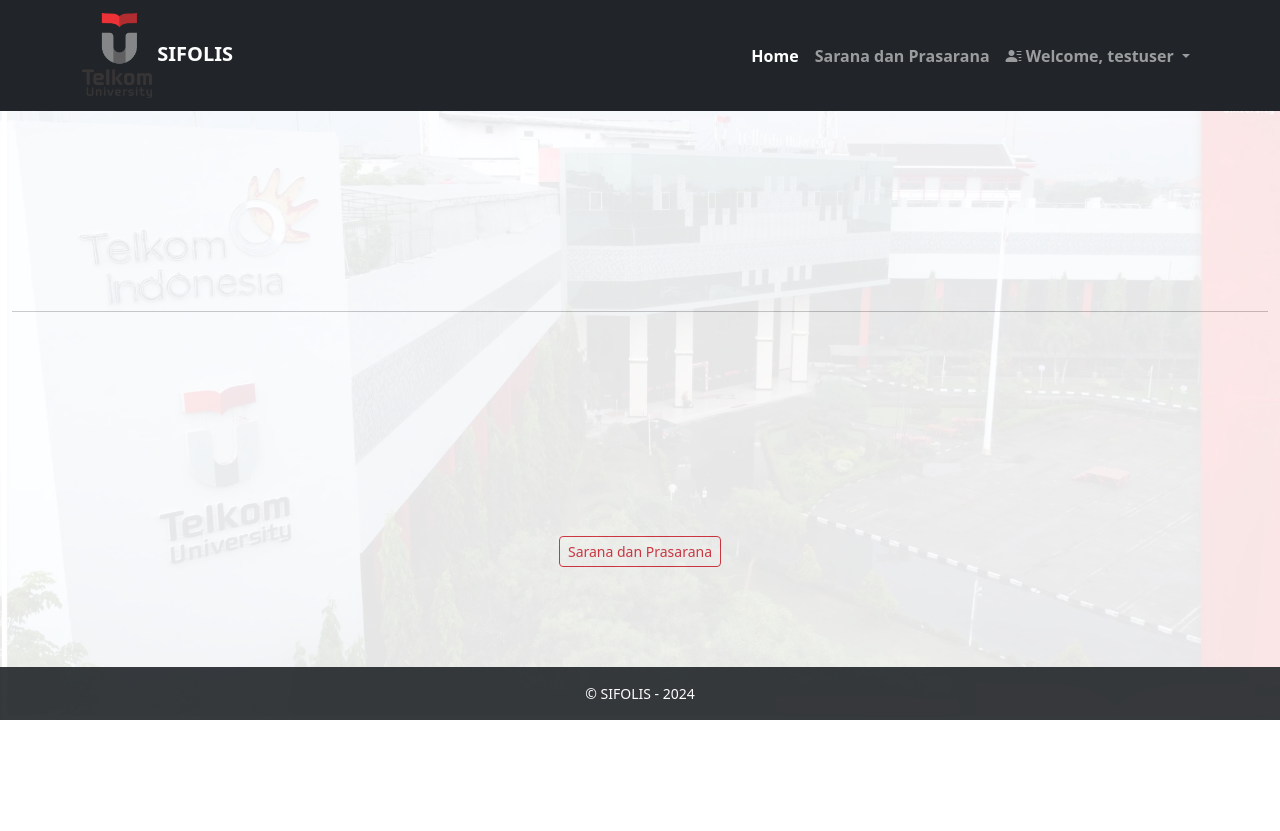
Repository: Audi87/uas_framework
Page: http://localhost/
These files come from the project's save history. The page is drawn as it stood at one moment and after the next save; the edit follows.
The browser window is 1280 px wide. The pictures show the whole page.
Some web libraries are served in a nearby version. The page is served by the project's Laravel application, run on PHP 8.4 with Laravel 10. A made-up administrator, Test User (test@example.com), is signed in. Other server files are loaded and not shown.

Above is the page before, as saved 2024-06-13 20:26:53.

### routes/web.php
<?php

use App\Http\Controllers\{
    BarangController, ContactController, CustumerController, DataPeminjamanController, HistoryController,
    Home, LoginController, PeminjamanController, ProfilController, RegistrasiController,
    SaranaDanPrasaranaController, AdminController
};
use Illuminate\Support\Facades\Route;


Route::get('/', [Home::class, 'index'])->middleware('auth');

Route::get('/login', [LoginController::class, 'index'])->name('login')->middleware('guest');
Route::post('/login', [LoginController::class, 'login']);
Route::post('/logout', [LoginController::class, 'logout']);

Route::get('/registrasi', [RegistrasiController::class, 'index'])->middleware('guest');
Route::post('/registrasi', [RegistrasiController::class, 'registrasi']);

Route::get('/dashboard', function() {
    return view('dashboard.index', ['title' => 'Dashboard Admin']);
})->middleware('admin');

Route::get('/profil/{user:id}', [ProfilController::class, 'index'])->middleware('auth');

Route::get('/sarana dan prasarana', [SaranaDanPrasaranaController::class, 'index'])->middleware('auth');
Route::resource('/sarana-prasarana', BarangController::class)->middleware('admin');

Route::get('/peminjaman/{barang:id}', [PeminjamanController::class, 'index'])->middleware('auth');
Route::post('/peminjaman/{barang:id}', [PeminjamanController::class, 'peminjaman'])->middleware('auth');

Route::get('/history/{user:id}', [HistoryController::class, 'index'])->middleware('auth');

Route::get('/kembalikan/{id}', [PeminjamanController::class, 'kembalikan'])->middleware('auth');
Route::get('/detail-peminjaman/{id}', [PeminjamanController::class, 'detailPeminjaman'])->middleware('auth');

Route::get('/category/{id}', [SaranaDanPrasaranaController::class, 'category'])->middleware('auth');

Route::get('/custumer', [CustumerController::class, 'index'])->middleware('admin');
Route::get('/custumer/{user:id}', [CustumerController::class, 'detail'])->middleware('admin');

Route::get('/data-peminjaman', [DataPeminjamanController::class, 'index'])->middleware('admin');
Route::get('/data-peminjaman/{id}', [DataPeminjamanController::class, 'detail'])->middleware('admin');

Route::get('/contact', [ContactController::class, 'index'])->middleware('auth');

### app/Models/User.php
<?php

namespace App\Models;

// use Illuminate\Contracts\Auth\MustVerifyEmail;
use Illuminate\Database\Eloquent\Factories\HasFactory;
use Illuminate\Foundation\Auth\User as Authenticatable;
use Illuminate\Notifications\Notifiable;
use Laravel\Sanctum\HasApiTokens;

class User extends Authenticatable
{
    use HasApiTokens, HasFactory, Notifiable;

    /**
     * The attributes that are mass assignable.
     *
     * @var array<int, string>
     */
    // protected $fillable = [
    //     'name',
    //     'email',
    //     'password',
    // ];

    /**
     * The attributes that should be hidden for serialization.
     *
     * @var array<int, string>
     */
    protected $hidden = [
        'password',
        'remember_token',
    ];

    /**
     * The attributes that should be cast.
     *
     * @var array<string, string>
     */
    protected $casts = [
        'email_verified_at' => 'datetime',
    ];

    protected $guarded = ['id'];

    public function peminjaman(){
        return $this->belongsTo(Peminjaman::class);
    }
}

### app/Http/Controllers/Home.php
<?php

namespace App\Http\Controllers;

use Illuminate\Http\Request;

class Home extends Controller
{
    //function untuk menampilkan view home
    public function index(){
        return view('index', [
            'title' => 'Home'
        ]);
    }
}

### resources/views/index.blade.php
<!doctype html>
<html lang="en">

<head>
    <meta charset="utf-8">
    <meta name="viewport" content="width=device-width, initial-scale=1">
    <title>{{ $title }}</title>

    <link href="https://cdn.jsdelivr.net/npm/bootstrap@5.2.0/dist/css/bootstrap.min.css" rel="stylesheet"
        integrity="sha384-gH2yIJqKdNHPEq0n4Mqa/HGKIhSkIHeL5AyhkYV8i59U5AR6csBvApHHNl/vI1Bx" crossorigin="anonymous">

    {{-- Styel Css Home --}}
    <link rel="stylesheet" href="/css/style.css">

    {{-- Link Icons Bootstrap --}}
    <link rel="stylesheet" href="https://cdn.jsdelivr.net/npm/bootstrap-icons@1.9.1/font/bootstrap-icons.css">

    {{-- Link Animtion Aos --}}
    <link rel="stylesheet" href="https://unpkg.com/aos@next/dist/aos.css" />

</head>

<body>

    @include('navbar.navbar')

    <div class="container-fluid" id="container-fluid">
        <div class="container1">

            <div class="row py-3 text-center">
                <div class="col-lg-4 offset-lg-4 col-md-6 offset-md-3 col-sm-8 offset-sm-2 col-12 mt-3">
                    @if (session()->has('success'))
                        {{-- Alert --}}
                        <div class="alert alert-success" role="alert">
                            <strong>{{ session('success') }}</strong>
                        </div>
                        {{-- End alert --}}
                    @endif
                </div>
            </div>

            <div class="row py-3 text-center text-white">
                <div class="col-lg-12 mt-3">
                    <h2>SIFOLIS</h2>
                    <h3>Sistem Informasi Logistik</h3>
                </div>
            </div>

            <hr class="bg-warning">

            <div class="row text-white text-center d-flex justify-content-center mt-5">
                <div class="col-lg-8">
                    <h1>Peminjaman Barang dan Ruangan<h1>
                            <n>Sistem Informasi Logistik Telkom University
                        </h1>
                        </n>
                </div>
            </div>

            <div class="row py-3 text-center mt-5" data-aos="flip-left" data-aos-duration="2000">
                <div class="col-lg-12">
                    <a href="sarana dan prasarana" class="btn btn-outline-danger btn-sm">Sarana dan Prasarana</a>
                </div>
            </div><br><br><br><br><br><br>

        </div>
    </div>

    @include('footer.footer')

    <script src="https://cdn.jsdelivr.net/npm/bootstrap@5.2.0/dist/js/bootstrap.bundle.min.js"
        integrity="sha384-A3rJD856KowSb7dwlZdYEkO39Gagi7vIsF0jrRAoQmDKKtQBHUuLZ9AsSv4jD4Xa" crossorigin="anonymous">
    </script>

    {{-- Link Jquery --}}
    <script src="js/jquery.js"></script>

    {{-- Link Script Js --}}
    <script src="js/script.js"></script>

    <script src="https://unpkg.com/aos@next/dist/aos.js"></script>
    <script>
        AOS.init();
    </script>

</body>

</html>

### resources/views/navbar/navbar.blade.php
{{-- Navbar --}}
<nav class="navbar navbar-expand-lg bg-dark navbar-dark">
    <div class="container">
      <a class="navbar-brand" href="/"><img src="img/logo.png" width="70" alt="" data-aos="flip-left" data-aos-duration="2000" > SIFOLIS  </a>
      <button class="navbar-toggler" type="button" data-bs-toggle="collapse" data-bs-target="#navbarNav" aria-controls="navbarNav" aria-expanded="false" aria-label="Toggle navigation">
        <span class="navbar-toggler-icon"></span>
      </button>
      <div class="collapse navbar-collapse" id="navbarNav">
        <ul class="navbar-nav ms-auto">
            <li class="nav-item">
                <a class="nav-link {{ Request::is('/') ? 'active' : '' }}" aria-current="page" href="/">Home</a>
            </li>
          <li class="nav-item">
            <a class="nav-link {{ Request::is('sarana dan prasarana') ? 'active' : '' }}" aria-current="page" href="/sarana dan prasarana">Sarana dan Prasarana</a>
          </li>

          @auth
          <li class="nav-item dropdown">
            <a class="nav-link dropdown-toggle" href="#" role="button" data-bs-toggle="dropdown" aria-expanded="false">
              <i class="bi bi-person-lines-fill"></i> Welcome, {{ auth()->user()->username }}
            </a>
            <ul class="dropdown-menu">
              @can('admin')
              <li><a class="dropdown-item" href="/dashboard">Dashboard Admin</a></li>
              @endcan
              <li><a class="dropdown-item" href="/history/{{ auth()->user()->id }}">Peminjaman</a></li>
              <li><a class="dropdown-item" href="/contact">Contact Us</a></li>
              <li><a class="dropdown-item" href="/profil/{{ auth()->user()->id }}"><i class="bi bi-person-lines-fill"></i> My Profil</a></li>
              <li><hr class="dropdown-divider"></li>
              {{-- Form Logout --}}
              <form action="/logout" method="post">
              @csrf
              <button type="submit" class="dropdown-item" onclick="return confirm('sure want to go out?')"><i class="bi bi-box-arrow-in-left"></i> Logout</button>
              </form>
              {{-- End From --}}
            </ul>
          </li>
          @else
          <li class="nav-item">
            <a class="nav-link {{ Request::is('login') ? 'active' : '' }}" href="/login"><i class="bi bi-box-arrow-in-right"></i> Login</a>
          </li>
          @endauth

        </ul>
      </div>
    </div>
  </nav>
{{-- End Navbar --}}

### resources/views/footer/footer.blade.php
<div class="container">
    <!-- Konten Halaman di sini -->
</div>
<div class="fixed-bottom">
<footer class="container-fluid bg-dark text-white text-center">
    <div class="container1">
        <div class="row">
            <div class="col-lg-12">
                <small><p class="mt-3">&copy; SIFOLIS - 2024</p></small>
            </div>
        </div>
    </div>
    </div>
</footer>

### public/css/style.css
html, body {
    height: 100%;
    margin: 0;
    background-image: url('/img/sekolah.jpg');
    background-size: cover;
    background-position: center;
    background-repeat: no-repeat;
}

.container-fluid {
    background-color: rgb(255, 255, 255);
    opacity: 0.9;
    min-height: 100%; /* Pastikan kontainer memiliki tinggi minimal 100% dari tinggi viewport */
}

nav ul li {
    font-weight: bold;
}

nav a {
    font-weight: bold;
}

nav ul li:hover {
    background-color: black;
    opacity: 0.8;
    border-radius: 17px;
    text-decoration: underline;
}

nav {
    position: absolute;
    z-index: 1000;
}

.container {
    display: flex;
    justify-content: flex-end;
    margin-left: auto;
}

.icon-container {
    display: flex;
    gap: 10px; /* Optional: Adds space between the images */
    align-items: center; /* Optional: Aligns images vertically if they are of different sizes */
}

.full-height {
    min-height: 100vh; /* 100% dari tinggi viewport */
}

### public/js/script.js
$(document).ready(function(){


    window.setTimeout(function(){
        $('.alert').fadeTo(300, 0).slideUp(300, function(){
            $(this).remove();
        });
    }, 4000);

    // Js Show password
    $('#flexCheckDefault').click(function(){
        if($(this).is(':checked')){
            $('#password').attr('type', 'text')
        }else{
            $('#password').attr('type', 'password')
        }
    });

});

Loaded but not shown: app/Http/Controllers/Controller.php (common file); public/js/jquery.js (library)

After the next save:
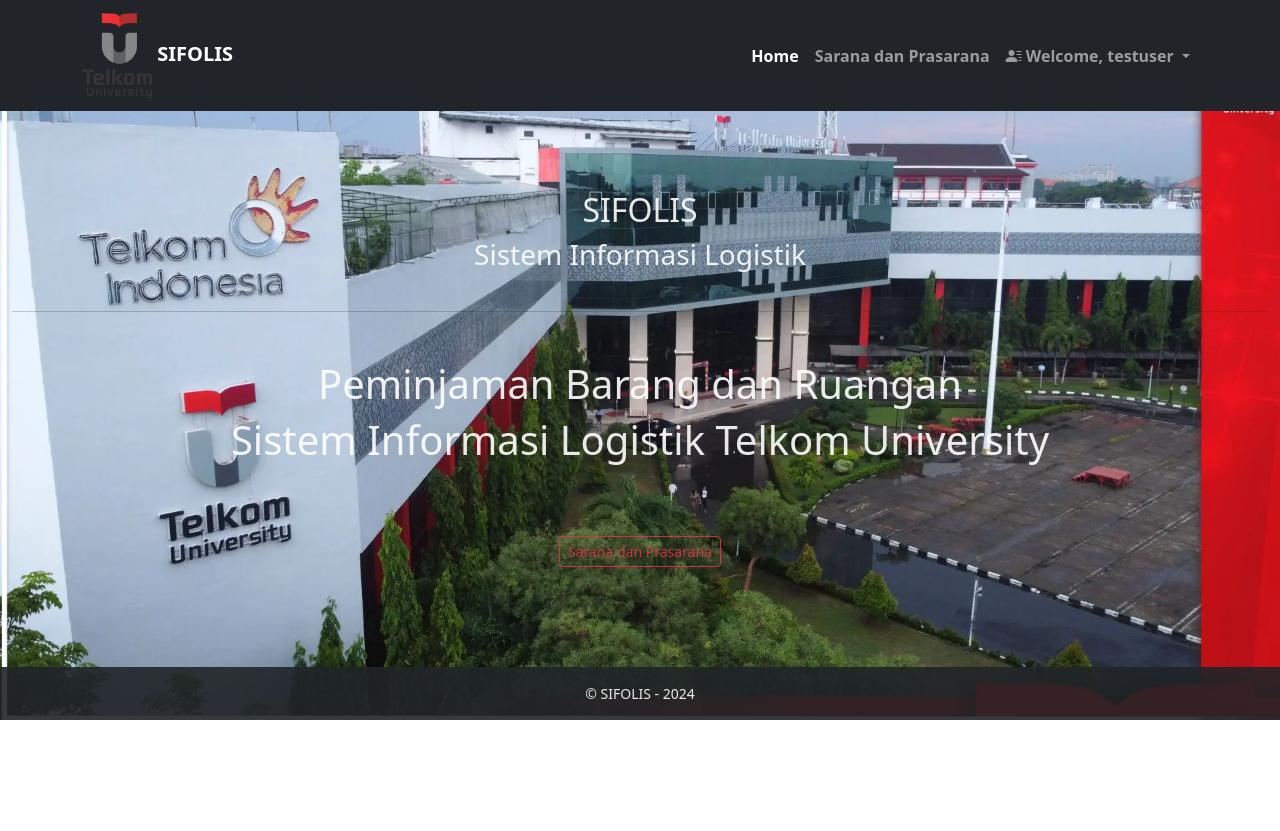
Saved 28 s later.
--- a/public/css/style.css
+++ b/public/css/style.css
@@ -8,7 +8,7 @@
 }
 
 .container-fluid {
-    background-color: rgb(255, 255, 255);
+    background-color: ;
     opacity: 0.9;
     min-height: 100%; /* Pastikan kontainer memiliki tinggi minimal 100% dari tinggi viewport */
 }
